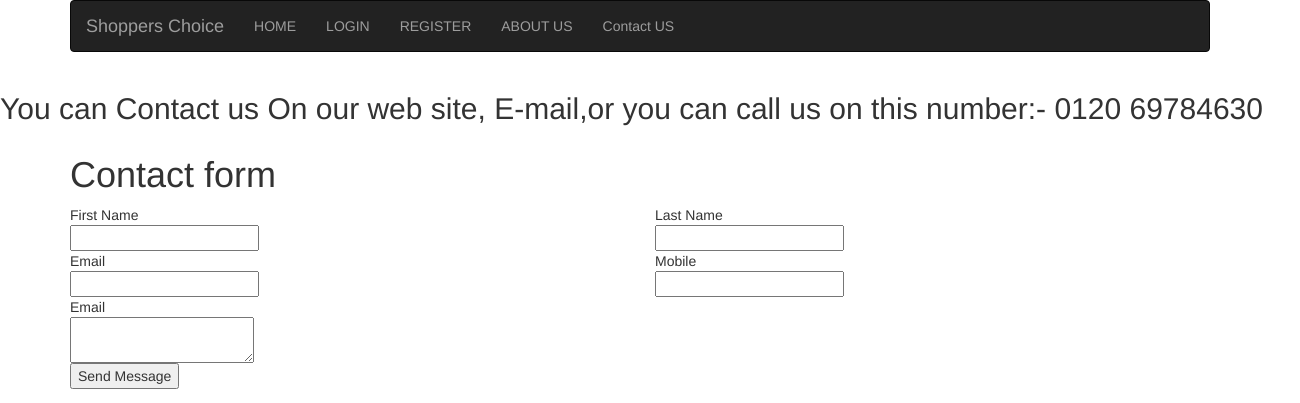
Repository: ShivaniSharma97/NewWorkspace
Page: http://localhost/ShoppersChoiceFrontend/WEB-INF/views/ContactUs.jsp
These files come from the project's save history. The page is drawn as it stood at one moment and after the next save; the edit follows.
The browser window is 1280 px wide. The page is 1300 px wide, so the pictures cover 1300 px, including what lies to the right of the window. The pictures show the part of the page from y = 350 to 801 px (the page is 753 px tall before and 801 px after).
The page is served by Tomcat 9. Nobody is signed in. The template is opened directly, without the code that normally fills it, so the values that code supplies are empty.

Above is the page before, as saved 2019-02-12 03:01:31.

After the next save:
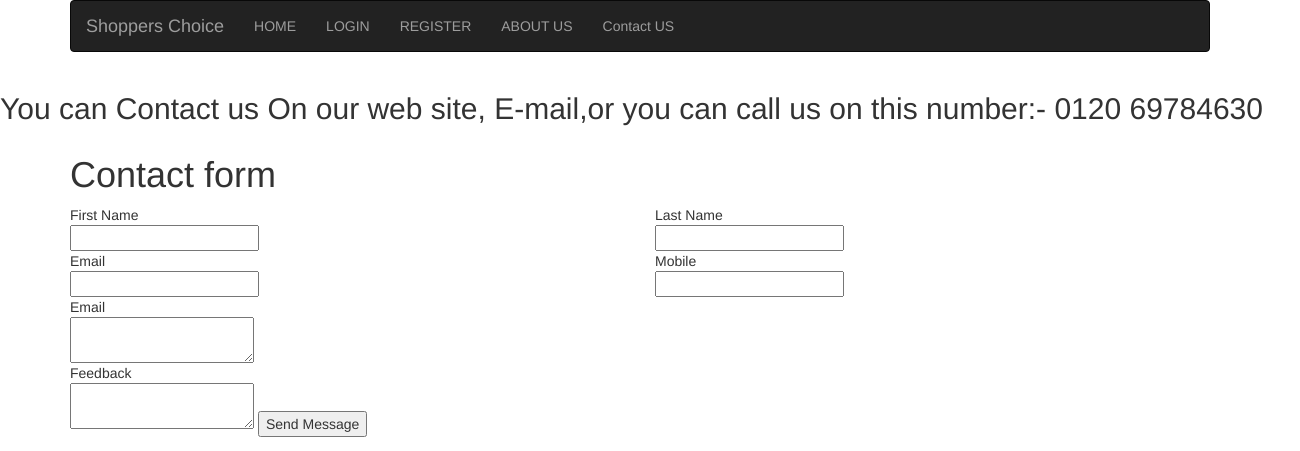
Saved 2 min 47 s later.
--- a/ShoppersChoiceFrontend/src/main/webapp/WEB-INF/views/ContactUs.jsp
+++ b/ShoppersChoiceFrontend/src/main/webapp/WEB-INF/views/ContactUs.jsp
@@ -58,6 +58,8 @@
 
 						<div class="row">
 							<div class="col-sm-12">
+							<div class="input text"> Feedback</div>
+							<textarea class="input"></textarea>
 								<input type="submit" name="" class="button" value="Send Message">
 							</div>
 						</div>
